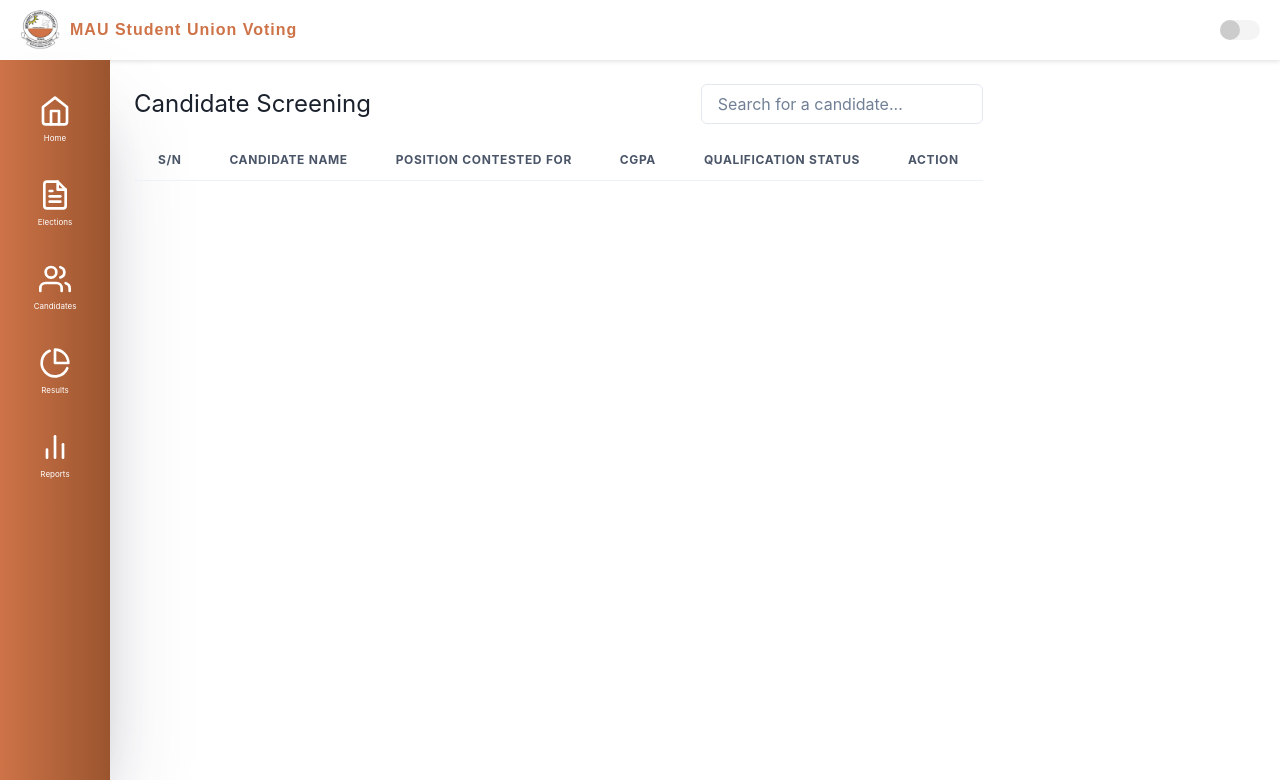
Repository: joena1o/e-vote
Page: /ElectionCommittee-dashboard/candidates-screening
These files come from the project's save history. The page is drawn as it stood at one moment and after the next save; the edit follows.
The browser window is 1280 px wide. The pictures show the whole page.
The project was rebuilt for these pictures with package versions that can differ from the ones it lists, and the page was loaded fresh each time. Also part of the build but not shown: src/components/EnhancedLogin.js, src/components/maincontent/RegisterStudents/ManageStudents.js, src/components/maincontent/RegisterStudents/RegisterStudents.js, src/components/maincontent/RegisterStudents/StudentManagement.js, src/components/maincontent/ElectionResults/ViewResults.js, src/components/maincontent/ElectionResults/report.js, src/components/maincontent/ElectionResults/ViewElectionResults.js, src/components/maincontent/Settings/Settings.js and 21 more.

Above is the page before, as saved 2023-11-01 23:40:59.

### src/index.js
import React from 'react';
import ReactDOM from 'react-dom/client';
import './index.css';
import App from './App';
import reportWebVitals from './reportWebVitals';
import Modal from 'react-modal';

// Set the app element for the modal for accessibility purposes
Modal.setAppElement('#root');

const root = ReactDOM.createRoot(document.getElementById('root'));
root.render(
  <React.StrictMode>
    <App />
  </React.StrictMode>
);

// If you want to start measuring performance in your app, pass a function
// to log results (for example: reportWebVitals(console.log))
// or send to an analytics endpoint. Learn more: https://bit.ly/CRA-vitals
reportWebVitals();

### src/App.js
import React from 'react';
import { BrowserRouter as Router, Routes, Route, Navigate } from 'react-router-dom';
import EnhancedLogin from './components/EnhancedLogin';
import AdminDashboard from './components/AdminDashboard';
import StudentDashboard from './components/StudentDashboard';
import { ChakraProvider, ColorModeProvider, Button, useColorMode } from '@chakra-ui/react';
import { Provider } from 'react-redux';
import store from './Redux/store';
import ElectionCommitteeDashboard from './components/maincontent/ElectionCommitteeDashboard';

// Component to toggle dark mode
function DarkModeToggle() {
  const { colorMode, toggleColorMode } = useColorMode();
  return (
    <Button onClick={toggleColorMode} position="fixed" m={4} zIndex={10}>
      Toggle {colorMode === 'light' ? 'Dark' : 'Light'}
    </Button>
  );
}

function App() {
  // Check if the current route is not the "/login" route, then render the DarkModeToggle
  // const isLoginPage = window.location.pathname === '/login';

  return (
    <Provider store={store}>
      <ChakraProvider>
        <ColorModeProvider options={{ useSystemColorMode: true }}>
          <Router>
            <Routes>
              {/* Define your routes */}
              <Route path="/login" element={<EnhancedLogin />} />
              <Route path="/admin-dashboard/*" element={<AdminDashboard />} />
              <Route path="/ElectionCommittee-dashboard/*" element={<ElectionCommitteeDashboard />} />
              <Route path='/student-dashboard/*' element={<StudentDashboard />} />
              {/* Redirect root to /admin-dashboard */}
              <Route path="/" element={<Navigate to="/admin-dashboard" replace />} />
            </Routes>
          </Router>
          {/* Render DarkModeToggle only if not on the "/login" page */}
          {/* {!isLoginPage && <DarkModeToggle />} */}
        </ColorModeProvider>
      </ChakraProvider>
    </Provider>
  );
}

export default App;

### src/Redux/store.js
import { configureStore } from '@reduxjs/toolkit';
import electionReducer from './electionSlice';
import studentsReducer from './studentsSlice';
import candidatesReducer from './CandidateSlice'; // Import the candidates reducer

const store = configureStore({
  reducer: {
    elections: electionReducer,
    students: studentsReducer,
    candidates: candidatesReducer, // Add the candidates reducer here
  },
});

export default store;

### src/components/maincontent/ElectionCommitteeDashboard.js
// ElectionCommitteeDashboard.js
import React from 'react';
import { Routes, Route } from 'react-router-dom';
import ElectionCommitteeSidebar from './ElectionCommitteeSidebar';
import Navbar from '../Navbar';
import styled from 'styled-components';
import ElectionList from './ManageElections/ElectionList';
import ViewResults from './ElectionResults/ViewElectionResults';
import ElectionCommitteeHome from './home/ElectionCommitteeHome';
import CandidatesScreening from './CandidateScreening/CandidateScreening';



const Container = styled.div`
  display: flex;
  flex-direction: column;
  height: 100vh;
  width: 100%;
`;

const Content = styled.div`
  display: flex;
  flex: 1;
`;

const ElectionCommitteeDashboard = () => {
  return (
    <Container>
      <Navbar />
      <Content>
        <ElectionCommitteeSidebar />
        <Routes>
          <Route index element={<ElectionCommitteeHome />} />

          <Route path="election-list" element={<ElectionList />} />
          <Route path="candidates-screening" element={<CandidatesScreening />} />
          <Route path="view-results" element={<ViewResults />} />

        </Routes>
      </Content>
    </Container>
  );
};

export default ElectionCommitteeDashboard;

### src/components/Navbar.js
import React from 'react';
import styled, { createGlobalStyle } from 'styled-components';
import logo from '../assets/school_logo.jpg';
import { useColorMode } from '@chakra-ui/react';

const GlobalStyle = createGlobalStyle`
  body {
    background-color: ${props => (props.theme === 'dark' ? '#333' : '#fff')};
    color: ${props => (props.theme === 'dark' ? '#fff' : '#000')}; // Set other component texts to black in light mode
  }
`;

const Header = styled.header`
  background: ${props => (props.theme === 'dark' ? '#333' : '#fff')};
  color: ${props => (props.theme === 'dark' ? '#fff' : '#ce7348')}; // Set navbar text to brown in light mode
  padding: 10px 20px;
  display: flex;
  align-items: center;
  justify-content: flex-start;
  box-shadow: 0px 2px 4px rgba(0, 0, 0, 0.1);
  font-family: 'Poppins', sans-serif;
`;


const Logo = styled.img`
  width: 40px;
  height: 40px;
  border-radius: 20px;
  margin-right: 10px;
`;

const Title = styled.h1`
  margin: 0;
  padding: 0;
  font-size: 1rem;
  font-weight: 600;
  letter-spacing: 1px;
`;

const ToggleSlider = styled.label`
  display: flex;
  align-items: center;
  cursor: pointer;
  margin-left: auto;
`;

const SliderInput = styled.input.attrs({ type: 'checkbox' })`
  display: none;
`;

const Slider = styled.div`
  width: 40px;
  height: 20px;
  background-color: ${props => (props.theme === 'dark' ? '#333' : '#f4f4f4')};
  border-radius: 20px;
  position: relative;
  transition: background-color 0.3s ease;
  cursor: pointer;

  &::after {
    content: '';
    width: 20px;
    height: 20px;
    border-radius: 50%;
    background-color: ${props => (props.theme === 'dark' ? '#fff' : '#ccc')};
    position: absolute;
    top: 50%;
    transform: translateY(-50%);
    left: ${props => (props.theme === 'dark' ? '20px' : '0')};
    transition: left 0.3s ease;
  }
`;

function Navbar() {
  const { colorMode, toggleColorMode } = useColorMode();

  return (
    <>
      <GlobalStyle theme={colorMode} />
      <Header theme={colorMode}>
        <Logo src={logo} alt="University Logo" />
        <Title>MAU Student Union Voting</Title>
        <ToggleSlider>
          <SliderInput type="checkbox" onChange={toggleColorMode} />
          <Slider theme={colorMode} />
        </ToggleSlider>
      </Header>
    </>
  );
}

export default Navbar;

### src/Redux/electionSlice.js
/*import { createSlice, createAsyncThunk } from '@reduxjs/toolkit';
import { API, graphqlOperation } from 'aws-amplify';
import { createElection as createElectionAPI } from '../graphql/mutations';

export const createElection = createAsyncThunk(
  'elections/createElection',
  async (election, { rejectWithValue }) => {
    try {
      const result = await API.graphql(graphqlOperation(createElectionAPI, { input: election }));
      return result.data.createElection;
    } catch (error) {
      return rejectWithValue(error);
    }
  }
);

const electionSlice = createSlice({
  name: 'elections',
  initialState: [],
  reducers: {},
  extraReducers: (builder) => {
    builder.addCase(createElection.fulfilled, (state, action) => {
      state.push(action.payload);
    });
  },
});

export default electionSlice.reducer;
*/

### src/Redux/studentsSlice.js
import { createSlice } from '@reduxjs/toolkit';

export const studentsSlice = createSlice({
  name: 'students',
  initialState: [],
  reducers: {
    addStudents: (state, action) => {
      // Add students to the Redux store
      action.payload.forEach(student => {
        state.push(student);
      });
    },
  },
});

export const { addStudents } = studentsSlice.actions;

export default studentsSlice.reducer;

### src/Redux/CandidateSlice.js

import { createSlice } from '@reduxjs/toolkit';

export const candidatesSlice = createSlice({
  name: 'candidates',
  initialState: [],
  reducers: {
    setCandidates: (state, action) => {
      return action.payload;
    },
  },
});

export const { setCandidates } = candidatesSlice.actions;
export default candidatesSlice.reducer;

### src/components/maincontent/ElectionCommitteeSidebar.js
import React from 'react';
import styled from 'styled-components';
import { Link } from 'react-router-dom';
import { FiHome, FiFileText, FiUsers, FiPieChart, FiBarChart2, FiTrendingUp } from 'react-icons/fi';
import { useColorMode } from '@chakra-ui/react';


const SidebarContainer = styled.nav`
  background: ${props => (props.theme === 'dark' ? '#333' : 'linear-gradient(to right, #ce7348, #9a552e)')};
  padding: 15px;
  height: 100vh;
  color: #fff;
  box-shadow: rgba(50, 50, 93, 0.25) 0px 50px 100px -20px, rgba(0, 0, 0, 0.3) 0px 30px 60px -30px;
  display: flex;
  flex-direction: column;
`;

const LinkList = styled.ul`
  list-style-type: none;
  padding: 0;
  flex: 1;
`;

const StyledLink = styled(Link)`
  text-decoration: none;
  color: #fff;
  display: flex;
  flex-direction: column;
  align-items: center;
  transition: color 0.3s ease;
  margin-bottom: 15px;
  cursor: pointer;
  font-size: 0.5rem;

  &:hover {
    color: #fce364;
  }

  width: 80px;
  text-align: center;
  word-wrap: break-word;
  overflow-wrap: break-word;
`;

const LinkItem = styled.li`
  display: flex;
  align-items: center;
  margin-top: 20px;
`;

const Icon = styled.div`
  font-size: 2rem;
  color: #fff;

  margin-bottom: 5px;

  ${StyledLink}:hover & {
    color: #fce364;
  }
`;

const QuickStats = styled.div`
  margin-top: auto;
  padding: 10px;
  background: rgba(0, 0, 0, 0.1);
  border-top: 1px solid #fff;
`;

function ElectionCommitteeSidebar() {
  const { colorMode } = useColorMode();

  return (
    <SidebarContainer theme={colorMode}>
      <LinkList>
        <LinkItem>
          <StyledLink to="/ElectionCommittee-dashboard">
            <Icon><FiHome /></Icon>
            Home
          </StyledLink>
        </LinkItem>
        <LinkItem>
          <StyledLink to="/ElectionCommittee-dashboard/view-results">
            <Icon><FiFileText /></Icon>
            Elections
          </StyledLink>
        </LinkItem>
        <LinkItem>
          <StyledLink to="/ElectionCommittee-dashboard/candidates-screening">
            <Icon><FiUsers /></Icon>
            Candidates
          </StyledLink>
        </LinkItem>
        <LinkItem>
          <StyledLink to="/ElectionCommittee-dashboard/view-results">
            <Icon><FiPieChart /></Icon>
            Results
          </StyledLink>
        </LinkItem>
        <LinkItem>
          <StyledLink to="/reports">
            <Icon><FiBarChart2 /></Icon>
            Reports
          </StyledLink>
        </LinkItem>
      </LinkList>

    </SidebarContainer>
  );
}

export default ElectionCommitteeSidebar;

### src/components/maincontent/CandidateScreening/CandidateScreening.js
import React, { useState } from 'react';
import { useSelector } from 'react-redux';
import {
  Box,
  Input,
  Table,
  Thead,
  Tbody,
  Tr,
  Th,
  Td,
  Button,
  useDisclosure,
  Modal,
  ModalOverlay,
  ModalContent,
  ModalHeader,
  ModalFooter,
  ModalBody,
  ModalCloseButton,
  Text,
} from '@chakra-ui/react';

function CandidateScreening() {
  const candidates = useSelector((state) => state.candidates);
  const [searchTerm, setSearchTerm] = useState("");
  const { isOpen, onOpen, onClose } = useDisclosure();
  const [selectedCandidate, setSelectedCandidate] = useState(null);

  const onViewDetails = (candidate) => {
    setSelectedCandidate(candidate);
    onOpen();
  };

  const filteredCandidates = candidates.filter((candidate) =>
    candidate.name.toLowerCase().includes(searchTerm.toLowerCase())
  );

  return (
    <Box p={6}>
      <Box mb={4} display="flex" justifyContent="space-between" alignItems="center">
        <Text fontSize="2xl">Candidate Screening</Text>
        <Input
          value={searchTerm}
          onChange={(e) => setSearchTerm(e.target.value)}
          placeholder="Search for a candidate..."
          width="auto"
        />
      </Box>
      <Table variant="simple">
        <Thead>
          <Tr>
            <Th>S/N</Th>
            <Th>Candidate Name</Th>
            <Th>Position Contested For</Th>
            <Th>CGPA</Th>
            <Th>Qualification Status</Th>
            <Th>Action</Th>
          </Tr>
        </Thead>
        <Tbody>
          {filteredCandidates.map((candidate, index) => (
            <Tr key={candidate.id}>
              <Td>{index + 1}</Td>
              <Td>{candidate.name}</Td>
              <Td>{candidate.position}</Td>
              <Td>{candidate.cgpa}</Td>
              <Td>{candidate.qualificationStatus}</Td>
              <Td>
                <Button colorScheme="blue" onClick={() => onViewDetails(candidate)}>
                  View Details
                </Button>
              </Td>
            </Tr>
          ))}
        </Tbody>
      </Table>

      {selectedCandidate && (
        <Modal isOpen={isOpen} onClose={onClose}>
          <ModalOverlay />
          <ModalContent>
            <ModalHeader>{selectedCandidate.name}</ModalHeader>
            <ModalCloseButton />
            <ModalBody>
              <Text><strong>Position Contested For:</strong> {selectedCandidate.position}</Text>
              <Text><strong>CGPA:</strong> {selectedCandidate.cgpa}</Text>
              <Text><strong>Qualification Status:</strong> {selectedCandidate.qualificationStatus}</Text>
              {/* Include any other details you want to show */}
            </ModalBody>
            <ModalFooter>
              <Button colorScheme="blue" mr={3} onClick={onClose}>
                Close
              </Button>
              {/* Include any other actions you want to offer */}
            </ModalFooter>
          </ModalContent>
        </Modal>
      )}
    </Box>
  );
}

export default CandidateScreening;

Loaded but not shown: public/index.html (common file); src/index.css (common file); src/reportWebVitals.js (common file)

After the next save:
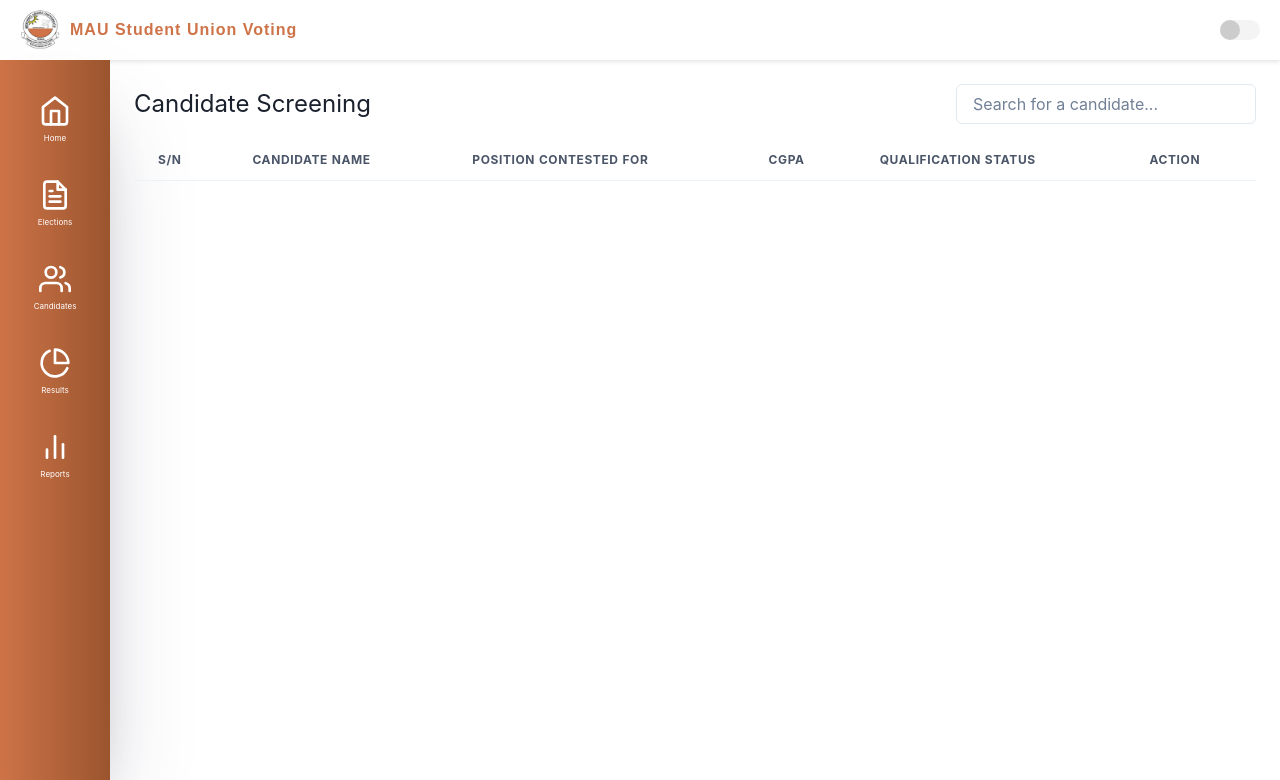
Saved 103 s later.
--- a/src/components/maincontent/CandidateScreening/CandidateScreening.js
+++ b/src/components/maincontent/CandidateScreening/CandidateScreening.js
@@ -37,14 +37,14 @@ function CandidateScreening() {
   );
 
   return (
-    <Box p={6}>
+    <Box w="100%" h="100vh" p={6} overflowY="auto">
       <Box mb={4} display="flex" justifyContent="space-between" alignItems="center">
         <Text fontSize="2xl">Candidate Screening</Text>
         <Input
           value={searchTerm}
           onChange={(e) => setSearchTerm(e.target.value)}
           placeholder="Search for a candidate..."
-          width="auto"
+          width="300px"
         />
       </Box>
       <Table variant="simple">
